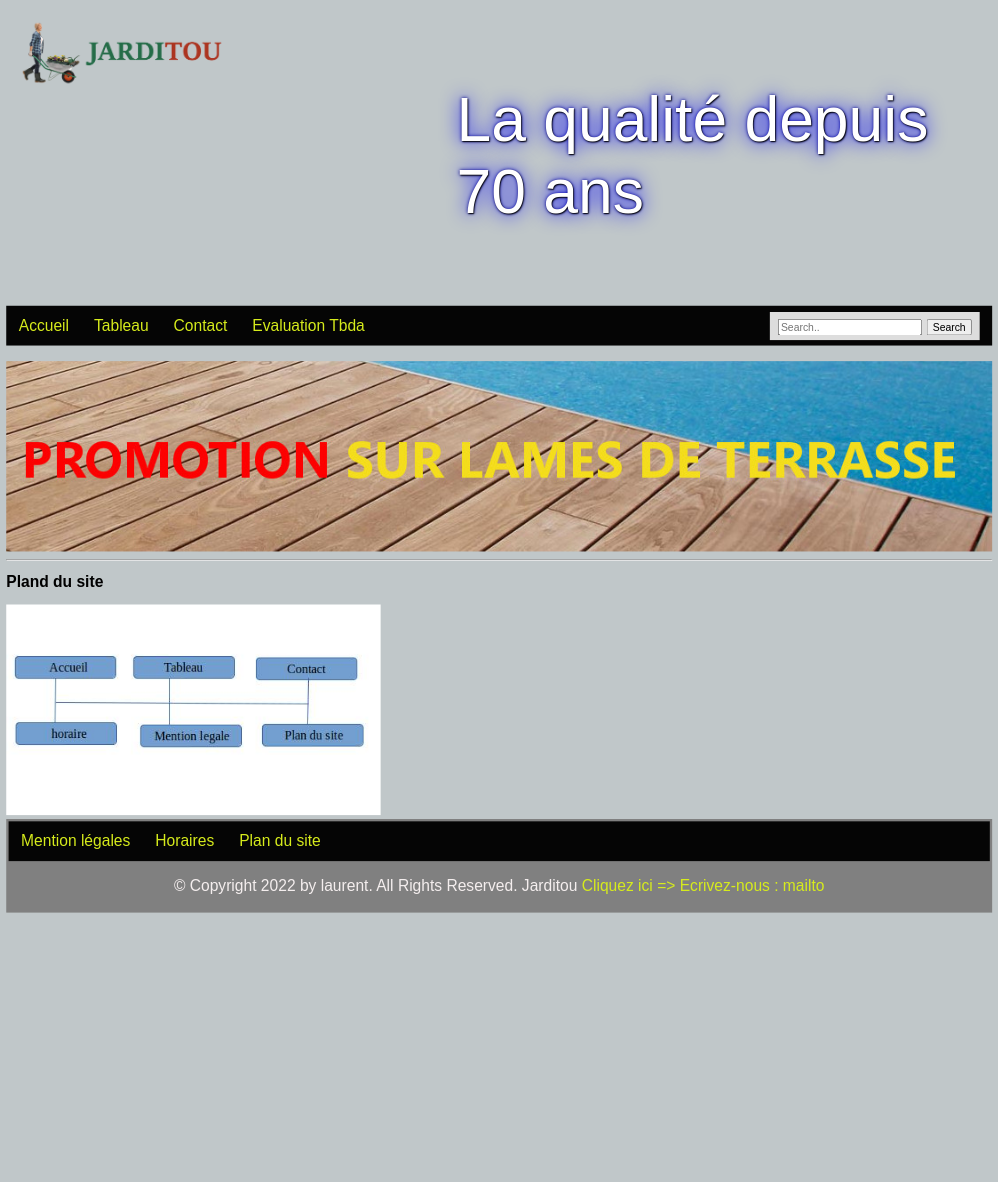
Repository: laurentbul/jarditou
Page: javascript/plandusite.html
An editor plug-in stored every save of this project. The page is shown before and after the next save, followed by the edit.
The browser window is 1280 px wide. The pictures show the whole page, at 78% of full size.

Above is the page before, as saved 2022-12-15 02:20:45.

### javascript/plandusite.html
<!DOCTYPE html>
<html lang="fr">

  <head>
    <meta charset="UTF-8">
    <meta http-equiv="X-UA-Compatible" content="IE=edge">
    <meta name="viewport" content="width=device-width, initial-scale=1.0">
    <title>cours exercices HTML</title>
    <link rel="stylesheet" href="./assets/css/style.css" />
  </head>

<body>
  <div class="flex-container">
    <div><img src="./assets/img/jarditou_logo.png" alt="jarditou logo" title="jarditou logo" height="80" /></div>
    <div>
      <p class="slogan">La qualité depuis 70 ans</p>
    </div>
  </div>
  <nav>
    <ul>
      <li><a href="index.html">Accueil</a></li>
      <li><a href="table.html">Tableau</a></li>
      <li><a href="contact.html">Contact</a></li>
      <li><a href="./EvaluationTbda/evaluation_tbda.html">Evaluation Tbda</a></li>
      <li class="search-container">
        <div>
          <form action="/action_page.php">
            <input type="text" class="searchinput" placeholder="Search.." name="search" />
            <button type="submit">Search</button>
          </form>
        </div>
      </li>
    </ul>
  </nav>

  <img src="./assets/img/promotion.jpg" alt="qu'est ce que html" class="imgpromotion" title="promotion jarditou" />
  <hr />
  <h2>Pland du site</h2>
  <div class="mydiv">
    <img src="./assets/img/plandusite.jpg" alt="logo" class="plandusite" title="plan du site"/>
  </div>
  <footer>
    <nav>
      <ul>
        <li><a href="mentionlegale.html">Mention légales</a></li>
        <li><a href="horaire.html">Horaires</a></li>
        <li><a href="plandusite.html">Plan du site</a></li>
      </ul>
    </nav>
    <p style="color: rgb(244, 238, 238);">
      &copy; Copyright 2022 by laurent. All Rights Reserved. Jarditou
      <a href="mailto:dave.loper@afpa.fr" title="Nous contacter">
        Cliquez ici => Ecrivez-nous : mailto
      </a>
    </p>
  </footer>
</body>

</html>

### javascript/assets/css/style.css
body {
  font-family: Arial, Helvetica, sans-serif;
  padding: 0px;
  background-color: rgb(192, 199, 201);
  font-size: 20px;
  height: 1500px;
}
h1{font-size: 35px;
}
h2{font-size: 20px;
}
.flex-container {
  display: flex;
}

.flex-container>div {
  padding: 20px;
}

.jarditou_logo {
  height: 80px;
}

.slogan {
  color: white;
  text-shadow: 1px 1px 2px black, 0 0 25px blue, 0 0 5px darkblue;
  font-size: 40px;
  margin-left: 250px;
  font-size: 80px;
}

ul {
  list-style-type: none;
  margin: 0;
  padding: 0;
  overflow: hidden;
  background-color: rgb(5, 5, 5);
}

li {
  float: left;
}

li a {
  display: block;
  color: white;
  text-align: center;
  padding: 14px 16px;
  text-decoration: none;
}

li a:hover:not(.active) {
  background-color: rgb(240, 10, 10);
}

.active {
  background-color: #4caf50;
}

a:link {
  color: rgb(214, 235, 28);
  background-color: transparent;
  text-decoration: none;
}

ul.a {

  background-color: rgb(179, 167, 167);

  color:rgb(42, 226, 211);

}


aside {
  width: 30%;
  height: 25%px;
  padding-left: 15px;
  float: right;
  font-style: italic;
  background-color: lightgray;
  margin-right: 60px;
  /*display:none */ /*===========correction =======================*/
}



.imgpromotion {
  display: block;
  margin-top: 20px;
  margin-left: auto;
  margin-right: auto;
  width: 100%;
}


footer {
  text-align: center;
  padding: 3px;
  background-color: gray;
  color: white;
}


.search-container {
  float: right;
  padding: 6px 10px;
  margin-top: 8px;
  margin-right: 16px;
  background: #ddd;
  font-size: 20px;
  border: none;
  cursor: pointer;
}


* {
  box-sizing: border-box;
}

input[type=text]:not(.searchinput),
select,
textarea {
  width: 100%;
  padding: 12px;
  border: 1px solid #ccc;
  border-radius: 4px;
  resize: vertical;
}



input[type=submit] {
  display: block;
  margin: 0px;
  width: 100%;
  padding: 12px;
  background-color: rgb(211, 211, 212);
}


input[type=submit]:hover {
  background-color: #d6c82f;
}

.container {
  border-radius: 5px;
  background-color: #af1818;
  padding: 20px;
}

#pays {
  font-size: 20px;
}

#birthday {
  font-size: 20px;
}

table {
  margin-bottom: 50px;
  margin-left: 100px;
}


th,
td {
  border: 1px solid black;
  border-collapse: collapse;
  margin-left: 100px;
  margin-bottom: 10px;
  background-color: #3f3324;
}

th {
  background-color: gray;
}

tr {
  color: azure;
}

table {
  width: 50%;
}

.btncontact {
  height: 45px;
  width: 200px;
  background-color: hsl(127, 4%, 46%);
  font-size: 20px;
  margin-left: 100px;
}

.btncontact:hover {
  background-color: #6ab0d8;
  color: white;
}

/* Responsive layout - when the screen is less than 768px wide, make the two columns stack on top of each other instead of next to each other */
@media screen and (max-width: 768px) {

  body {

    background-color: lavender;
    font-size: 14px;
  }


  .flex-container {
    display: flex;
  }

  .flex-container>div {
    padding: 0px;

  }

  .jarditou_logo {
    height: 80px;
  }

  .slogan {
    color: white;
    text-shadow: 1px 1px 2px black, 0 0 25px blue, 0 0 5px darkblue;
    margin-left: 0px;
    font-size: 40px;
  }

  ul {
    list-style-type: none;
    background-color: #367791;
    width: 768px;
  }

  li {
    background-color: rgb(10, 10, 10);
    display: flex;
    justify-content: center;
    width: 768px;
  }

  li a:hover:not(.active) {
    background-color: rgb(240, 10, 10);
  }

  aside{
    visibility: hidden;
}


}

.error{
  color: rgb(197, 22, 22);
}

After the next save:
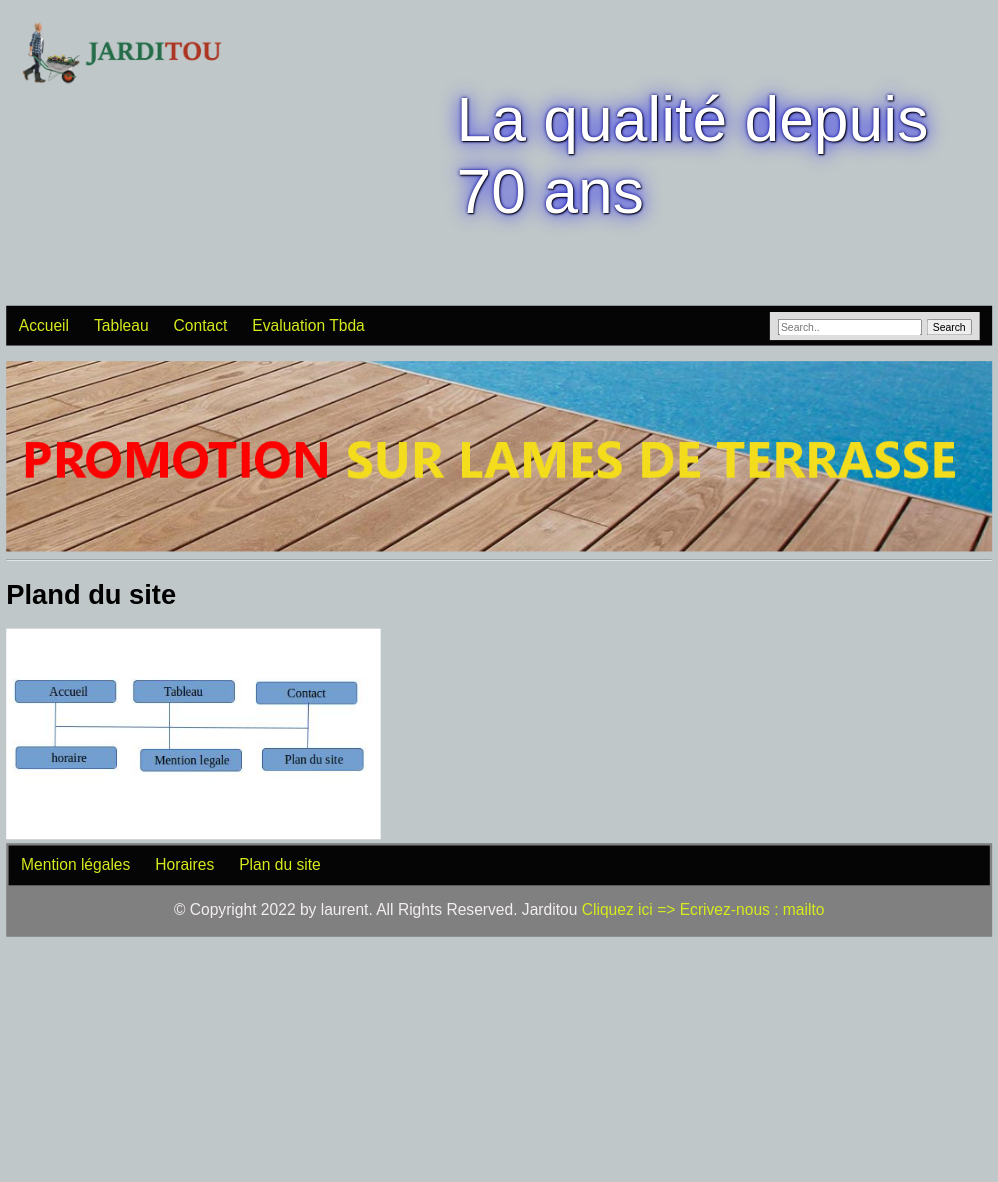
Saved 16 s later.
--- a/javascript/plandusite.html
+++ b/javascript/plandusite.html
@@ -35,7 +35,7 @@
 
   <img src="./assets/img/promotion.jpg" alt="qu'est ce que html" class="imgpromotion" title="promotion jarditou" />
   <hr />
-  <h2>Pland du site</h2>
+  <h1>Pland du site</h1>
   <div class="mydiv">
     <img src="./assets/img/plandusite.jpg" alt="logo" class="plandusite" title="plan du site"/>
   </div>
